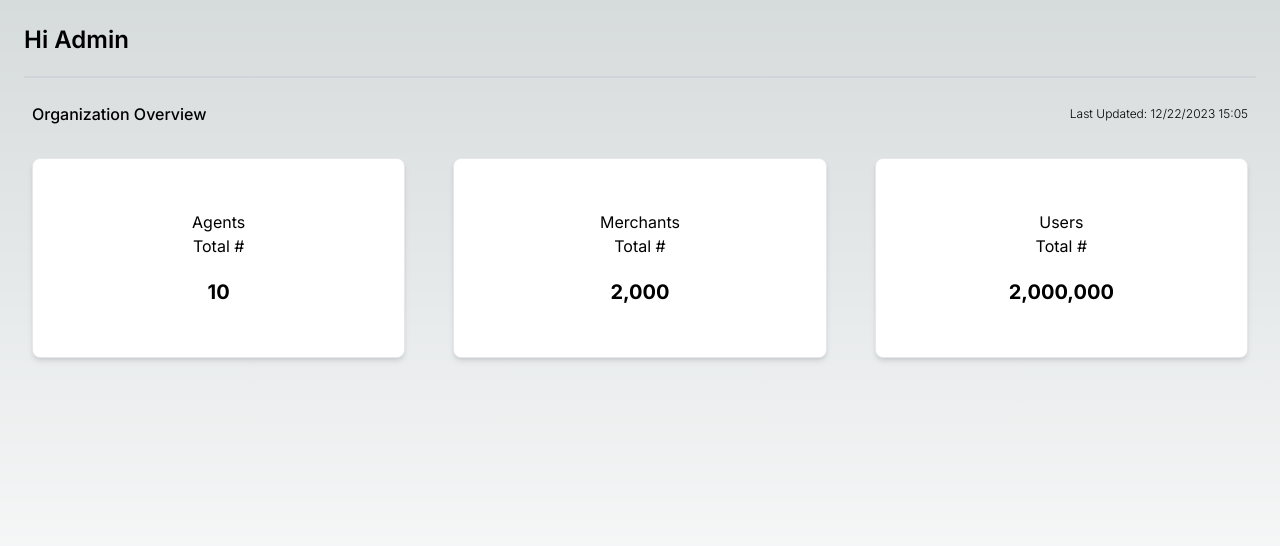
Repository: khairul35/merchant-dashboard
Page: /home
The author's editor kept a copy of each file at every save. The page is drawn from the files as they stood at one save, then again after the next save.
The browser window is 1280 px wide. The pictures show the whole page.
The project was rebuilt for these pictures with package versions that can differ from the ones it lists, and the page was loaded fresh each time. The framework's server and built-in components were replaced by stand-ins that run in the browser. Also part of the build but not shown: next.config.js, app/components/layout/Header/index.module.css, app/components/layout/Header/index.component.tsx, app/components/layout/Navigation/index.module.css, app/components/layout/Navigation/index.component.tsx, app/components/layout/Navigation/menus.tsx.

Above is the page before, as saved 2024-01-03 17:23:28.

After the next save:
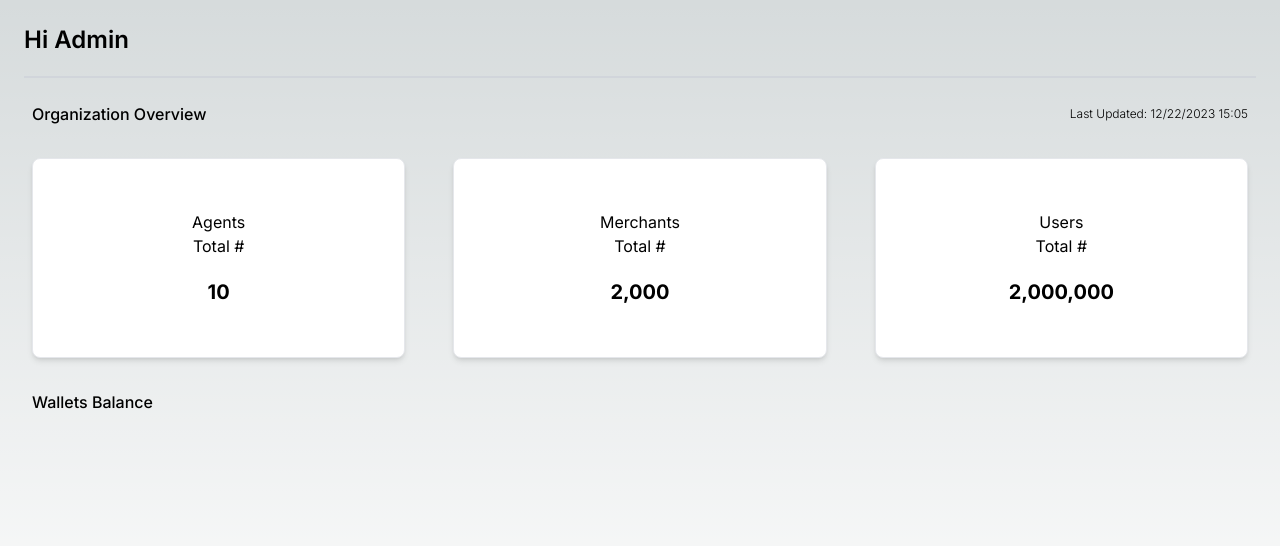
Saved 33 s later.
--- a/app/home/index.component.tsx
+++ b/app/home/index.component.tsx
@@ -5,7 +5,7 @@
 
 
 const Component = (props: HomeProps) => {
-    const { name, organizationOverview } = props;
+    const { name, organizationOverview, wallets } = props;
 
     return (
         <div>
@@ -13,6 +13,7 @@
                 <h2 className="font-semibold text-2xl pb-5 border-b-2 border-y-gray-300">Hi { name }</h2>
             </div>
             <OrganizationOverview {...organizationOverview} />
+            <Wallet {...wallets} />
         </div>
     )
 };
